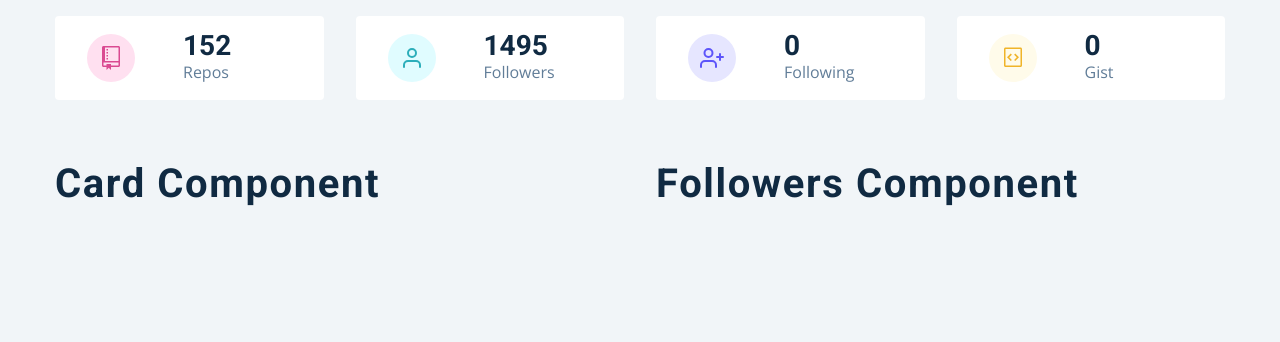
Repository: MateuszWorek/react-search-github-users
Page: /
These files come from the project's save history. The page is drawn as it stood at one moment and after the next save; the edit follows.
The browser window is 1280 px wide. The pictures show the whole page.
Pictures or frames that could not be fetched are drawn as grey boxes. The project was rebuilt for these pictures with package versions that can differ from the ones it lists, and the page was loaded fresh each time. Also part of the build but not shown: src/components/Charts/ExampleChart.js, src/components/Charts/Column3D.js, src/components/Charts/Bar3D.js, src/components/Charts/Pie3D.js, src/components/Charts/Doughnut2d.js, src/components/Charts/index.js, src/components/Repos.js, src/components/Search.js and 5 more.

Above is the page before, as saved 2021-01-26 19:09:18.

### src/App.js
import React from 'react';
import { Dashboard, Login, PrivateRoute, AuthWrapper, Error } from './pages';
import { BrowserRouter as Router, Switch, Route } from 'react-router-dom';

function App() {
  return (
    <Router>
      <Switch>
        <Route path="/" exact={ true }>
          <Dashboard></Dashboard>
        </Route>
        <Route path="/login">
          <Login></Login>
        </Route>
        <Route path="*">
          <Error></Error>
        </Route>
      </Switch>
    </Router>
  );
}

export default App;

### src/context/context.js
import React, { useState, useEffect } from 'react';
import mockUser from './mockData.js/mockUser';
import mockRepos from './mockData.js/mockRepos';
import mockFollowers from './mockData.js/mockFollowers';
import axios from 'axios';

const rootUrl = 'https://api.github.com';

const GithubContext = React.createContext();

// Provider, Consumer - GithubContext.Provider

const GithubProvider = ({ children }) => {
    const [githubUser, setGithubUser] = useState(mockUser);
    const [repos, setRepos] = useState(mockRepos);
    const [followers, setFollowers] = useState(mockFollowers);

    return <GithubContext.Provider value={{ githubUser, repos, followers }}>{ children }</GithubContext.Provider>
};
export { GithubProvider, GithubContext };

### src/context/mockData.js/mockUser.js
export default {
  login: 'john-smilga',
  id: 42133389,
  node_id: 'MDQ6VXNlcjQyMTMzMzg5',
  avatar_url: 'https://avatars3.githubusercontent.com/u/42133389?v=4',
  gravatar_id: '',
  url: 'https://api.github.com/users/john-smilga',
  html_url: 'https://github.com/john-smilga',
  followers_url: 'https://api.github.com/users/john-smilga/followers',
  following_url:
    'https://api.github.com/users/john-smilga/following{/other_user}',
  gists_url: 'https://api.github.com/users/john-smilga/gists{/gist_id}',
  starred_url:
    'https://api.github.com/users/john-smilga/starred{/owner}{/repo}',
  subscriptions_url: 'https://api.github.com/users/john-smilga/subscriptions',
  organizations_url: 'https://api.github.com/users/john-smilga/orgs',
  repos_url: 'https://api.github.com/users/john-smilga/repos',
  events_url: 'https://api.github.com/users/john-smilga/events{/privacy}',
  received_events_url:
    'https://api.github.com/users/john-smilga/received_events',
  type: 'User',
  site_admin: false,
  name: 'John Smilga',
  company: 'Coding Addict',
  blog: 'www.johnsmilga.com',
  location: 'Los Angeles',
  email: null,
  hireable: null,
  bio: 'Creator of Coding Addict',
  twitter_username: 'john_smilga',
  public_repos: 152,
  public_gists: 0,
  followers: 1495,
  following: 0,
  created_at: '2018-08-06T06:48:23Z',
  updated_at: '2020-07-08T05:01:32Z',
};

### src/pages/Dashboard.js
import React from 'react';
import { Info, Repos, User, Search, Navbar } from '../components';
import loadingImage from '../images/preloader.gif';
import { GithubContext } from '../context/context';
const Dashboard = () => {
  return (
    <main>
      {/* <Navbar></Navbar> */}
      {/* <Search></Search> */}
      <Info></Info>
      <User></User>
      {/* <Repos></Repos> */}
    </main>
  );
};

export default Dashboard;

### src/components/Info.js
import React from 'react';
import { GithubContext } from '../context/context';
import styled from 'styled-components';
import { GoRepo, GoGist } from 'react-icons/go';
import { FiUser, FiUserPlus } from 'react-icons/fi';

const UserInfo = () => {
  const { githubUser } = React.useContext(GithubContext);
  const { public_repos, followers, following, public_gists} = githubUser;
  const items = [
    {
      id: 1,
      icon: <GoRepo className="icon" />,
      label: 'repos',
      value: public_repos,
      color: 'pink'
    },
    {
      id: 2,
      icon: <FiUser className="icon" />,
      label: 'followers',
      value: followers,
      color: 'green'
    },
    {
      id: 3,
      icon: <FiUserPlus className="icon" />,
      label: 'following',
      value: following,
      color: 'purple'
    },
    {
      id: 4,
      icon: <GoGist className="icon" />,
      label: 'gist',
      value: public_gists,
      color: 'yellow'
    },
  ];

  return (
    <section className="section">
      <Wrapper className="section-center">
        { items.map((item) => {
          return <Item key={ item.id } { ...item }></Item>
        }) }
      </Wrapper>
    </section>
  )
};

const Item = ({ icon, label, value, color }) => {
  return (
    <article className="item">
      <span className={ color }>{ icon }</span>
      <div>
        <h3>{ value }</h3>
        <p>{ label }</p>
      </div>
    </article>
  )
};

const Wrapper = styled.section`
  display: grid;
  grid-template-columns: repeat(auto-fill, minmax(200px, 1fr));
  gap: 1rem 2rem;
  @media (min-width: 640px) {
    grid-template-columns: repeat(auto-fill, minmax(260px, 1fr));
  }
  .item {
    border-radius: var(--radius);
    padding: 1rem 2rem;
    background: var(--clr-white);
    display: grid;
    grid-template-columns: auto 1fr;
    column-gap: 3rem;
    align-items: center;
    span {
      width: 3rem;
      height: 3rem;
      display: grid;
      place-items: center;
      border-radius: 50%;
    }
    .icon {
      font-size: 1.5rem;
    }
    h3 {
      margin-bottom: 0;
      letter-spacing: 0;
    }
    p {
      margin-bottom: 0;
      text-transform: capitalize;
    }
    .pink {
      background: #ffe0f0;
      color: #da4a91;
    }
    .green {
      background: var(--clr-primary-10);
      color: var(--clr-primary-5);
    }
    .purple {
      background: #e6e6ff;
      color: #5d55fa;
    }
    .yellow {
      background: #fffbea;
      color: #f0b429;
    }
  }
`;

export default UserInfo;

### src/components/User.js
import React from 'react';
import styled from 'styled-components';
import Card from './Card';
import Followers from './Followers';
const User = () => {
  return (
    <section className="section">
      <Wrapper className="section-center">
        <Card></Card>
        <Followers></Followers>
      </Wrapper>
    </section>
  );
};

const Wrapper = styled.div`
  padding-top: 2rem;
  display: grid;
  gap: 3rem 2rem;
  @media (min-width: 992px) {
    grid-template-columns: 1fr 1fr;
  }
  /* align-items: start; */
`;

export default User;

### src/components/Card.js
import React from 'react';
import { GithubContext } from '../context/context';
import styled from 'styled-components';
import { MdBusiness, MdLocationOn, MdLink } from 'react-icons/md';
const Card = () => {
  return <h2>card component</h2>;
};
const Wrapper = styled.article`
  background: var(--clr-white);
  padding: 1.5rem 2rem;
  border-top-right-radius: var(--radius);
  border-bottom-left-radius: var(--radius);
  border-bottom-right-radius: var(--radius);
  position: relative;
  &::before {
    content: 'user';
    position: absolute;
    top: 0;
    left: 0;
    transform: translateY(-100%);
    background: var(--clr-white);
    color: var(--clr-grey-5);
    border-top-right-radius: var(--radius);
    border-top-left-radius: var(--radius);
    text-transform: capitalize;
    padding: 0.5rem 1rem 0 1rem;
    letter-spacing: var(--spacing);
    font-size: 1rem;
  }
  header {
    display: grid;
    grid-template-columns: auto 1fr auto;
    align-items: center;
    column-gap: 1rem;
    margin-bottom: 1rem;
    img {
      width: 75px;
      height: 75px;
      border-radius: 50%;
    }
    h4 {
      margin-bottom: 0.25rem;
    }
    p {
      margin-bottom: 0;
    }
    a {
      color: var(--clr-primary-5);
      border: 1px solid var(--clr-primary-5);
      padding: 0.25rem 0.75rem;
      border-radius: 1rem;
      text-transform: capitalize;
      letter-spacing: var(--spacing);
      transition: var(--transition);
      cursor: pointer;
      &:hover {
        background: var(--clr-primary-5);
        color: var(--clr-white);
      }
    }
  }
  .bio {
    color: var(--clr-grey-3);
  }
  .links {
    p,
    a {
      margin-bottom: 0.25rem;
      display: flex;
      align-items: center;
      svg {
        margin-right: 0.5rem;
        font-size: 1.3rem;
      }
    }
    a {
      color: var(--clr-primary-5);
      transition: var(--transition);
      svg {
        color: var(--clr-grey-5);
      }
      &:hover {
        color: var(--clr-primary-3);
      }
    }
  }
`;
export default Card;

### src/components/Followers.js
import React from 'react';
import { GithubContext } from '../context/context';
import styled from 'styled-components';

const Followers = () => {
  return <h2>followers component</h2>;
};

const Wrapper = styled.article`
  background: var(--clr-white);
  border-top-right-radius: var(--radius);
  border-bottom-left-radius: var(--radius);
  border-bottom-right-radius: var(--radius);
  position: relative;

  &::before {
    content: ' followers';
    position: absolute;
    top: 0;
    left: 0;
    transform: translateY(-100%);
    background: var(--clr-white);
    color: var(--clr-grey-5);
    border-top-right-radius: var(--radius);
    border-top-left-radius: var(--radius);
    text-transform: capitalize;
    padding: 0.5rem 1rem 0 1rem;
    letter-spacing: var(--spacing);
    font-size: 1rem;
  }
  .followers {
    overflow: scroll;
    height: 260px;
    display: grid;
    grid-template-rows: repeat(auto-fill, minmax(45px, 1fr));
    gap: 1.25rem 1rem;
    padding: 1rem 2rem;
  }
  article {
    transition: var(--transition);
    padding: 0.15rem 0.5rem;
    border-radius: var(--radius);
    display: grid;
    grid-template-columns: auto 1fr;
    align-items: center;
    column-gap: 1rem;
    img {
      height: 100%;
      width: 45px;
      border-radius: 50%;
      object-fit: cover;
    }
    h4 {
      margin-bottom: 0;
    }
    a {
      color: var(--clr-grey-5);
    }
  }
`;
export default Followers;

Loaded but not shown: public/index.html (common file); src/index.js (common file); src/index.css (common file); src/serviceWorker.js (common file); src/pages/index.js (common file); src/context/mockData.js/mockRepos.js (library); src/components/index.js (common file); src/context/mockData.js/mockFollowers.js (676 lines, source omitted)

After the next save:
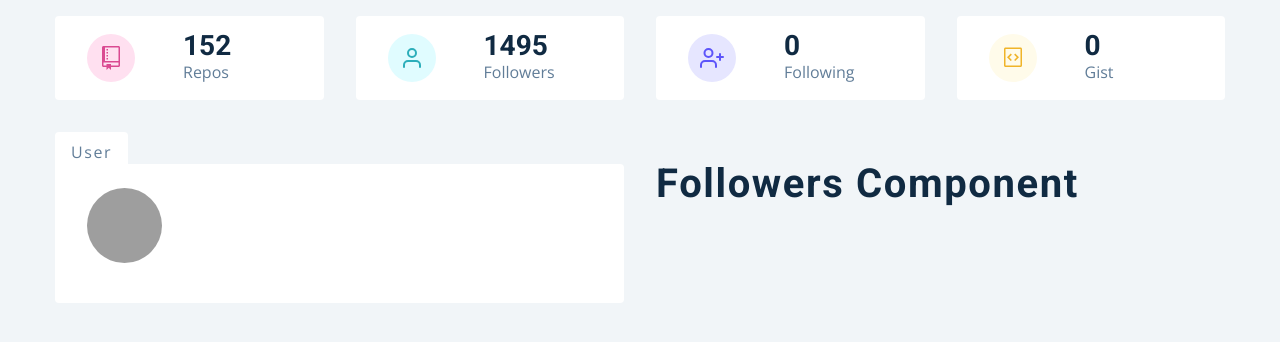
Saved 46 min 19 s later.
--- a/src/components/Card.js
+++ b/src/components/Card.js
@@ -3,7 +3,15 @@ import { GithubContext } from '../context/context';
 import styled from 'styled-components';
 import { MdBusiness, MdLocationOn, MdLink } from 'react-icons/md';
 const Card = () => {
-  return <h2>card component</h2>;
+  const { githubUser } = React.useContext(GithubContext);
+  const { avatar_url, html_url, name, company, blog, bio, location, twitter_username } = githubUser;
+  return (
+    <Wrapper>
+      <header>
+        <img src={ avatar_url} alt={ name }/>
+      </header>
+    </Wrapper>
+  );
 };
 const Wrapper = styled.article`
   background: var(--clr-white);
